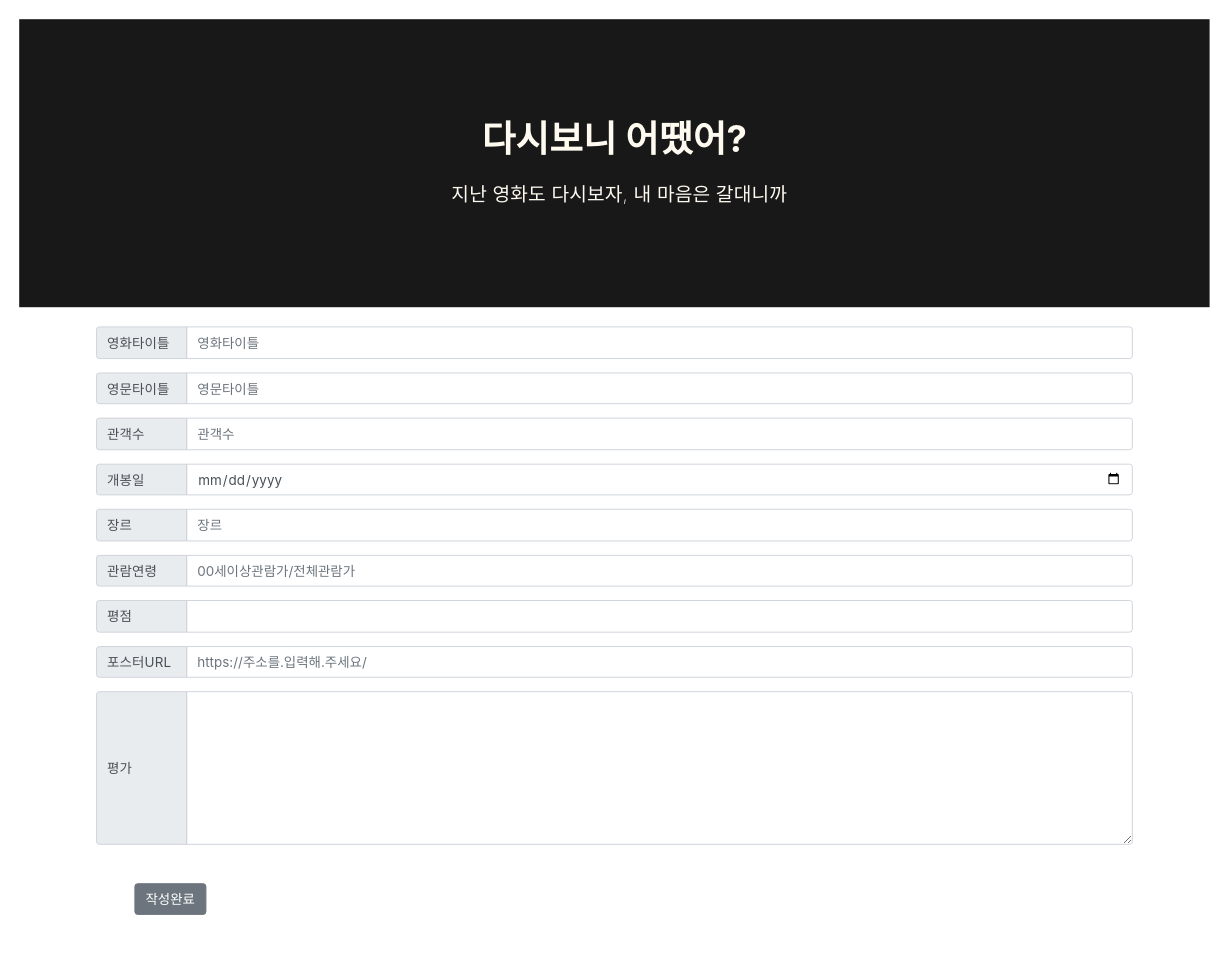
Repository: JungSWon/Project
Page: templates/edit.html
The author's editor kept a record of every edit. The page is drawn from the files as they stood at one moment, then again after the next edit.
The browser window is 1280 px wide. The pictures show the whole page, at 96% of full size.
Some web libraries are served in a nearby version. The template is drawn by Flask 3. The application's start-up code is not run. Other server files are loaded and not shown. The template is opened directly, without the code that normally fills it, so the values that code supplies are empty.

Above is the page before.

### 04_CRUD/templates/edit.html
<!DOCTYPE html>
<html lang="ko">
<head>
    <meta charset="UTF-8">
    <meta name="viewport" content="width=device-width, initial-scale=1.0">
    <meta http-equiv="X-UA-Compatible" content="ie=edge">
    <link rel="stylesheet" href="https://stackpath.bootstrapcdn.com/bootstrap/4.2.1/css/bootstrap.min.css" integrity="sha384-GJzZqFGwb1QTTN6wy59ffF1BuGJpLSa9DkKMp0DgiMDm4iYMj70gZWKYbI706tWS" crossorigin="anonymous">
    <script src="https://code.jquery.com/jquery-3.3.1.slim.min.js" integrity="sha384-q8i/X+965DzO0rT7abK41JStQIAqVgRVzpbzo5smXKp4YfRvH+8abtTE1Pi6jizo" crossorigin="anonymous"></script>
    <script src="https://cdnjs.cloudflare.com/ajax/libs/popper.js/1.14.6/umd/popper.min.js" integrity="sha384-wHAiFfRlMFy6i5SRaxvfOCifBUQy1xHdJ/yoi7FRNXMRBu5WHdZYu1hA6ZOblgut" crossorigin="anonymous"></script>
    <script src="https://stackpath.bootstrapcdn.com/bootstrap/4.2.1/js/bootstrap.min.js" integrity="sha384-B0UglyR+jN6CkvvICOB2joaf5I4l3gm9GU6Hc1og6Ls7i6U/mkkaduKaBhlAXv9k" crossorigin="anonymous"></script>
    <link href="https://fonts.googleapis.com/css?family=Gothic+A1:400,700,900|Roboto+Mono:400,500,700" rel="stylesheet">
    <link rel="stylesheet" type="text/css" href="/static/css/style.css" media="screen" />
    <title>list in DB</title>
</head>



<!-- title, title_en, audience, open_date, genre, watch_grade, score, poster_url, description-->
<!--
    <form action='/movies/{{m.id}}/update' method = "POST">
        <div class="form-group">
        title: <input type='text' name='title' value='{{m.title}}'><br>
        title_en: <input type='text' name='title_en' value='{{m.title_en}}'><br>
        audience: <input type='number' name='audience' min=0 value='{{m.audience}}'><br>

        open_date: <input type='date' name='open_date' value="{{m.open_date.strftime('%Y-%m-%d')}}"><br>
        genre: <input type='text' name='genre' value='{{m.genre}}'><br>
        watch_grade: <input type='text' name='watch_grade' value='{{m.watch_grade}}'><br>
        score: <input type='number' name='score' max=5 min=0 step=0.5 value='{{m.score}}'><br>
        poster_url: <input type='text' name='poster_url' value='{{m.poster_url}}'><br>
        description:<br> <textarea class="form-control" rows="5" name='description'>{{m.description}}</textarea>
        <br>
        </div>
        <button type="submit" class="btn btn-primary">Form Submit</button>
    </form>
-->






    <section id='cover'>
        <div class="container">
            <div class="col">
                <h3 class="cover-title">
                    다시보니 어땠어?
                </h3>
                <a class="cover-text"> 지난 영화도 다시보자, 내 마음은 갈대니까 </a>
            </div>
        </div>
    </section>


    <form action='/movies/{{m.id}}/update'  method = "POST">
        <div class="container">
            <div class="col">
            <!--아래로 코멘트 생성 -->
                <!--타이틀-->
                <div class="input-group mb-3">
                    <div class="input-group-prepend">
                        <span class="input-group-text" id="basic-addon1">영화타이틀</span>
                    </div>
                    <input type="text" class="form-control" placeholder="영화타이틀" value='{{m.title}}' name='title' aria-describedby="basic-addon1">
                </div>
                <!--영문타이틀-->
                <div class="input-group mb-3">
                    <div class="input-group-prepend">
                        <span class="input-group-text" id="basic-addon2">영문타이틀</span>
                    </div>
                    <input type="text" class="form-control" placeholder="영문타이틀" value='{{m.title_en}}' name='title_en' aria-label="Recipient's username" aria-describedby="basic-addon2">
                </div>
                <!--관객수-->
                <div class="input-group mb-3">
                    <div class="input-group-prepend">
                        <span class="input-group-text" id="basic-addon1">관객수</span>
                    </div>
                    <input type="number"  min=0 class="form-control" placeholder="관객수" value='{{m.audience}}' name='audience' aria-describedby="basic-addon1">
                </div>
                <!--개봉일-->
                <div class="input-group mb-3">
                    <div class="input-group-prepend">
                        <span class="input-group-text" id="basic-addon1">개봉일</span>
                    </div>
                    <input type="date" class="form-control" value="{{m.open_date.strftime('%Y-%m-%d')}}" name='open_date' aria-describedby="basic-addon1">
                </div>
                <!--장르-->
                <div class="input-group mb-3">
                    <div class="input-group-prepend">
                        <span class="input-group-text" id="basic-addon2">장르</span>
                    </div>
                    <input type="text" class="form-control" placeholder="장르" value='{{m.genre}}' name='genre' aria-label="Recipient's username" aria-describedby="basic-addon2">
                </div>
                <!--관람연령-->
                <div class="input-group mb-3">
                <div class="input-group mb-3">
                    <div class="input-group-prepend">
                        <span class="input-group-text" id="basic-addon2">관람연령</span>
                    </div>
                    <input type="text" class="form-control" placeholder="00세이상관람가/전체관람가" value='{{m.watch_grade}}' name='watch_grade' aria-label="Recipient's username" aria-describedby="basic-addon2">
                </div>

                <!--별점-->
                <div class="input-group mb-3">
                    <div class="input-group-prepend">
                        <span class="input-group-text" id="basic-addon2">평점</span>
                    </div>
                    <input type="number" max=5 min=0 step=0.5 class="form-control" value='{{m.score}}' name='score' aria-label="Recipient's username" aria-describedby="basic-addon2">
                </div>
                <!--포스터URL-->
                <div class="input-group mb-3">
                    <div class="input-group-prepend">
                        <span class="input-group-text" id="basic-addon2"> 포스터URL</span>
                    </div>
                    <input type="text" class="form-control" placeholder="https://주소를.입력해.주세요/" value='{{m.poster_url}}' name='poster_url' aria-label="Recipient's username" aria-describedby="basic-addon2">
                </div>


                <!--평가-->
                <div class="input-group">
                    <div class="input-group-prepend">
                        <span class="input-group-text">평가</span>
                    </div>
                    <textarea class="form-control" name='description' rows='7' aria-label="With textarea">{{m.description}}</textarea>
                </div>
            <!--코멘트 인풋 그룹 끝-->

                <div align="right" class="fin_btn" role="group" aria-label="Basic example" >
                    <button type="submit" class="btn btn-secondary">작성완료</button>
                </div>

            </div>
        </div>
    </form>









</body>
</html>

### 04_CRUD/static/css/style.css
html{
    font-size: 14px;
    font-family: 'Gothic A1', sans-serif;
    font-family: 'Roboto Mono', monospace;
    color: #181818;
    letter-spacing: 0.01em;
}

#cover{
    display: flex;
    justify-content: flex-start;
    align-items: center;
    margin: 20px;
    padding: 20px;
    height: 300px;
    background-size: cover;
    background-color: #181818;
    background-position: center center;
    color: floralwhite;
}

.cover-title{
    font-size: 38px;
    line-height: 1.15;
    font-weight: 700;
    margin-bottom: 20px;
    display: flex;
    justify-content: center;
}
.cover-text{
    font-size: 20px;
    line-height: 1.5;
    display: flex;
    justify-content: center;
    font-weight: 200;
    margin-left: 10px;
}
.btn{
    display: flex;
    justify-content: center;
    align-items: center;
    margin: 40px;
}


.input-group-text{
    width: 95px;
}

.fin .btn{
    height: 100%;
    margin: 0;
    padding: 0;
}

.jumbotron{
    margin-top: 50px;
}

.show_btn .btn{
    display: flex;
    justify-content: end;
    align-items: end;
}

After the next edit:
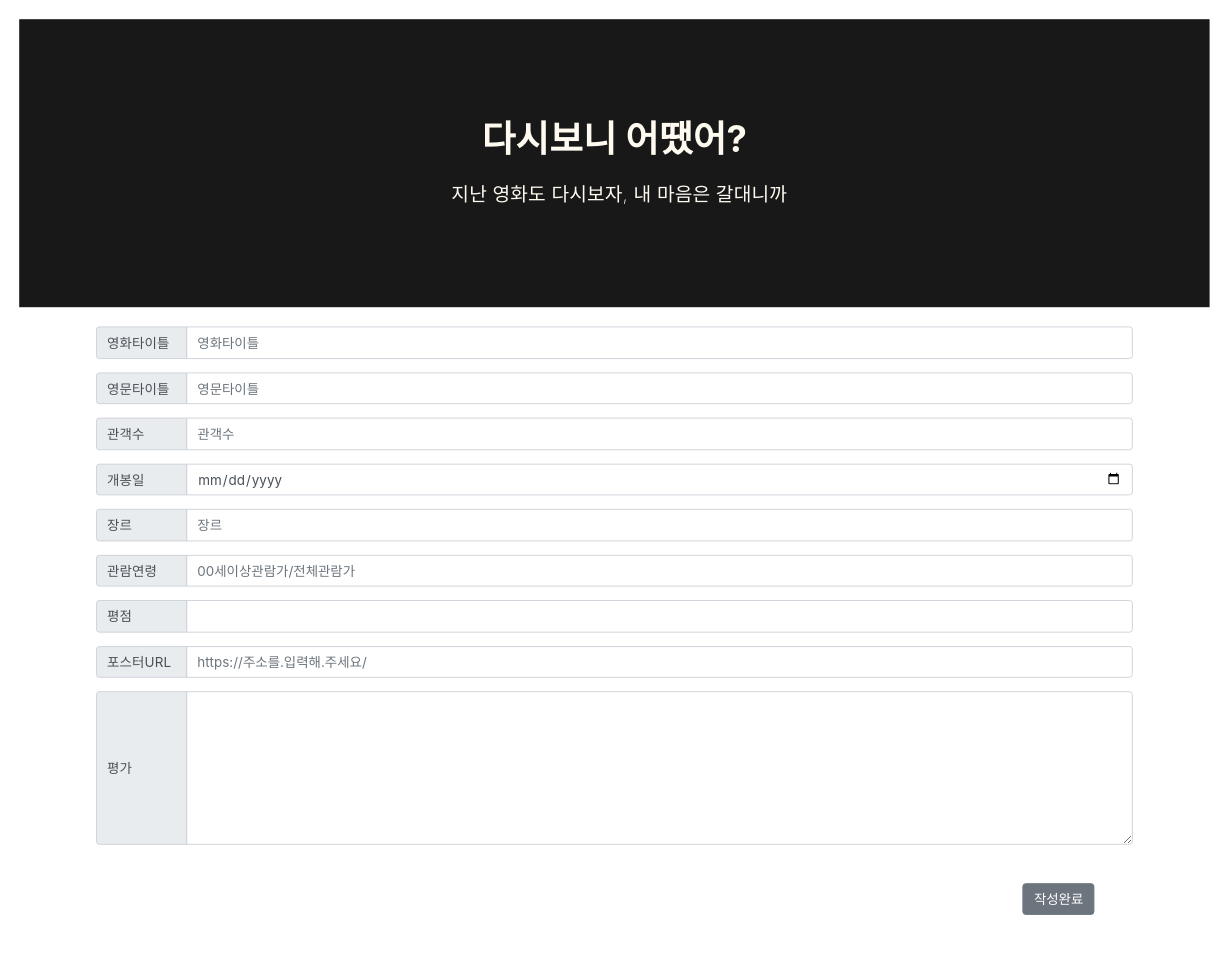
The edit:
--- a/04_CRUD/templates/edit.html
+++ b/04_CRUD/templates/edit.html
@@ -92,7 +92,7 @@
                     <input type="text" class="form-control" placeholder="장르" value='{{m.genre}}' name='genre' aria-label="Recipient's username" aria-describedby="basic-addon2">
                 </div>
                 <!--관람연령-->
-                <div class="input-group mb-3">
+
                 <div class="input-group mb-3">
                     <div class="input-group-prepend">
                         <span class="input-group-text" id="basic-addon2">관람연령</span>
